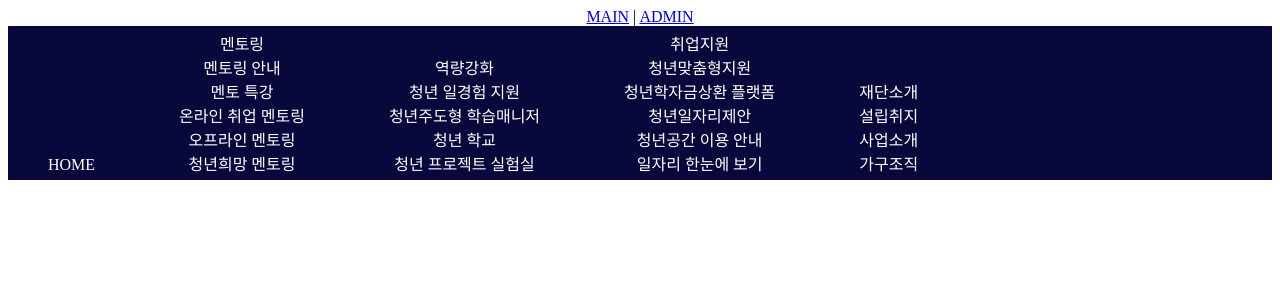
Repository: nywogud/promoPoli
Page: http://localhost/poli/WEB-INF/views/home.jsp
The author's editor kept a copy of each file at every save. The page is drawn from the files as they stood at one save, then again after the next save.
The browser window is 1280 px wide. The pictures show the whole page.
The page is served by Tomcat 9. Nobody is signed in. The template is opened directly, without the code that normally fills it, so the values that code supplies are empty.

Above is the page before, as saved 2021-06-29 11:53:34.

After the next save:
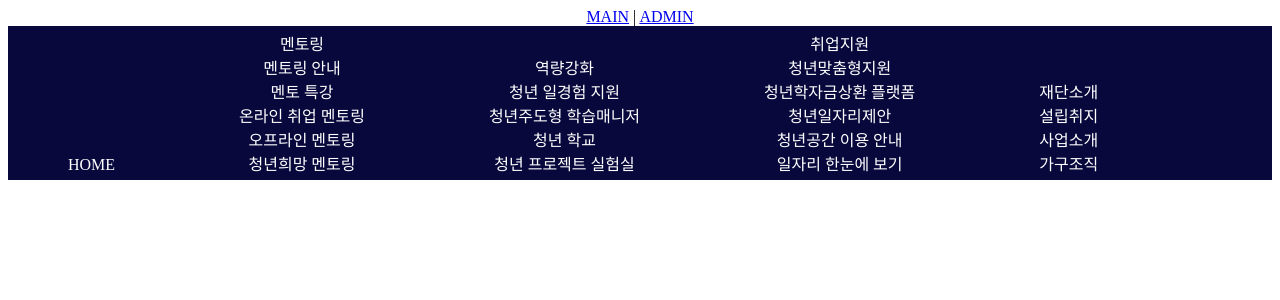
Saved 7 s later.
--- a/workspace/poli/src/main/webapp/WEB-INF/views/home.jsp
+++ b/workspace/poli/src/main/webapp/WEB-INF/views/home.jsp
@@ -14,7 +14,7 @@
 		ul.main{color: white; background: rgb(8,8,61);}
 		ul.main > li {
 			display: inline-block; width: max-content; padding: 5px 10px;
-			 text-align: center; margin-left: 30px; margin-right: 30px;
+			 text-align: center; margin-left: 50px; margin-right: 50px;
 		}
 
 		ul.main > li ul.sub {/*display: none;*/}
